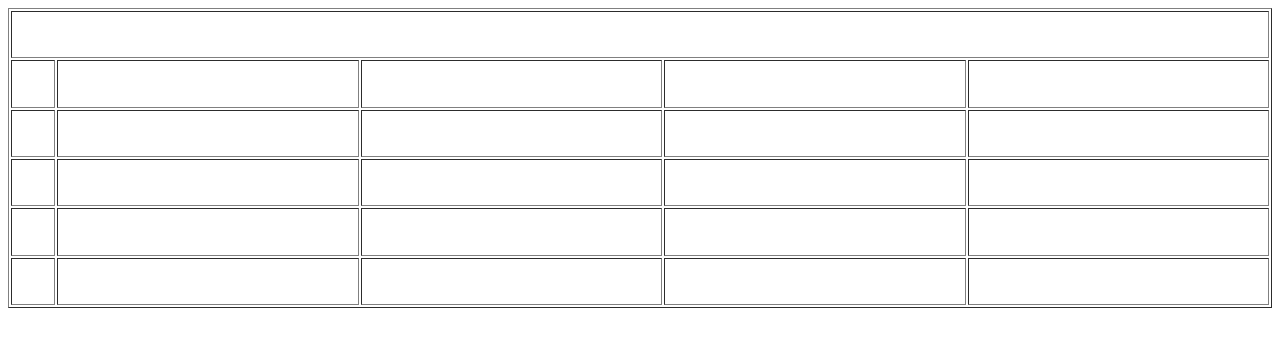
Repository: nijooymik/smartfactory
Page: jsp/t0718/src/main/webapp/html/img/tableex.html
The author's editor kept a copy of each file at every save. The page is drawn from the files as they stood at one save, then again after the next save.
The browser window is 1280 px wide. The pictures show the whole page.

Above is the page before, as saved 2022-07-18 04:54:07.

### jsp/t0718/src/main/webapp/html/img/tableex.html
<!DOCTYPE html>
<html>
<head>
<meta charset="EUC-KR">
<title>Insert title here</title>
</head>
<body>
	<table border=1 width=100% height="300">
	<tr>
		<th colspan=5></th>
	</tr>
	<tr>
		<th width="40"></th>
		<th></th>
		<th></th>
		<th></th>
		<th></th>
	</tr>
	<tr>
		<td></td>
		<td></td>
		<td></td>
		<td></td>
		<td></td>
	</tr>
	<tr>
		<td></td>
		<td></td>
		<td></td>
		<td></td>
		<td></td>
	</tr>
	<tr>
		<td></td>
		<td></td>
		<td></td>
		<td></td>
		<td></td>
	</tr>
	<tr>
		<td></td>
		<td></td>
		<td></td>
		<td></td>
		<td></td>
	</tr>
	</table>
</body>
</html>

After the next save:
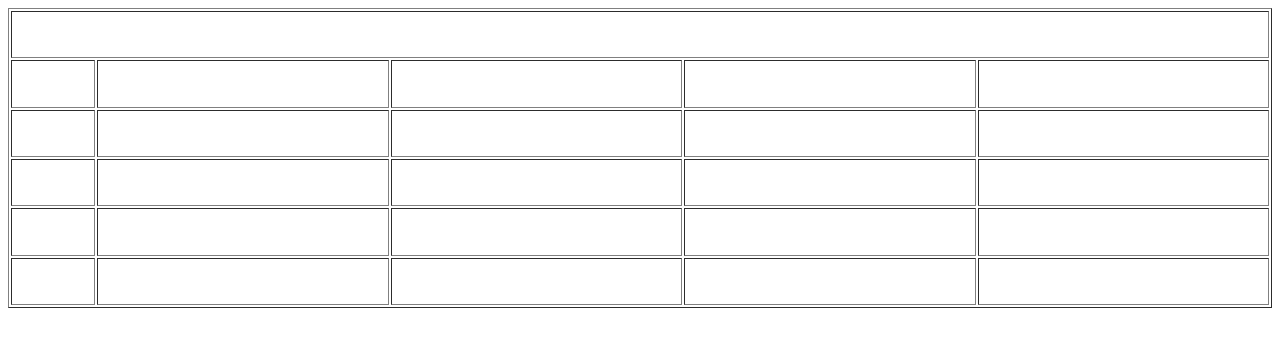
Saved 30 s later.
--- a/jsp/t0718/src/main/webapp/html/img/tableex.html
+++ b/jsp/t0718/src/main/webapp/html/img/tableex.html
@@ -10,14 +10,14 @@
 		<th colspan=5></th>
 	</tr>
 	<tr>
-		<th width="40"></th>
+		<th width="80"></th>
 		<th></th>
 		<th></th>
 		<th></th>
 		<th></th>
 	</tr>
 	<tr>
-		<td></td>
+		<td width="40"></td>
 		<td></td>
 		<td></td>
 		<td></td>
@@ -31,14 +31,14 @@
 		<td></td>
 	</tr>
 	<tr>
-		<td></td>
+		<td width="80"></td>
 		<td></td>
 		<td></td>
 		<td></td>
 		<td></td>
 	</tr>
 	<tr>
-		<td></td>
+		<td width="40"></td>
 		<td></td>
 		<td></td>
 		<td></td>
